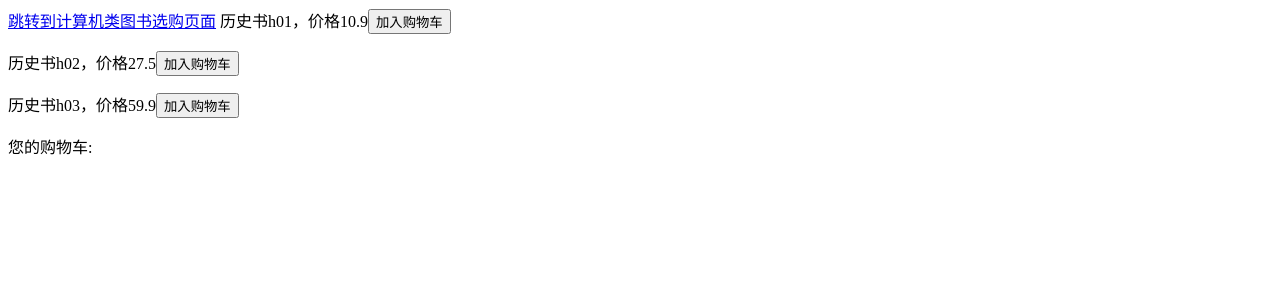
Repository: Matty-GCU/MyEclipse
Page: http://localhost/Java_Web_Learning/chapter08_JSP_built_in_Object_2/homework/8.99.1hw1_book_history.jsp
These files come from the project's save history. The page is drawn as it stood at one moment and after the next save; the edit follows.
The browser window is 1280 px wide. The pictures show the whole page.
The page is served by Tomcat 9.

Above is the page before, as saved 2021-10-27 16:42:26.

After the next save:
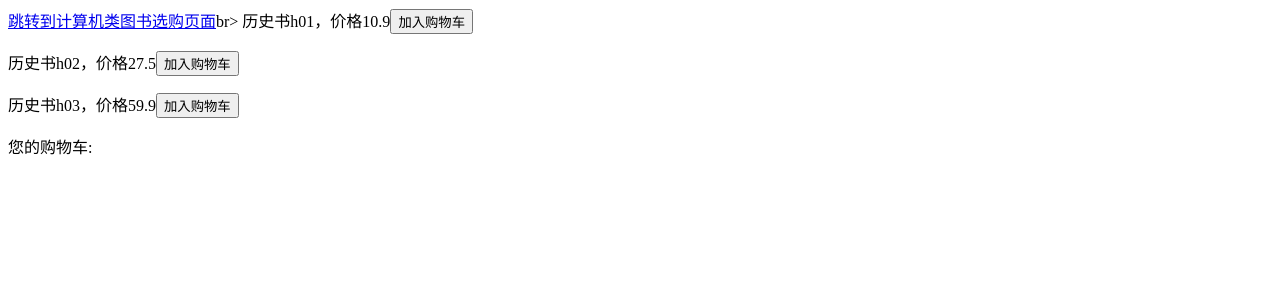
Saved 3 s later.
--- a/Java_Web_Learning/WebRoot/chapter08_JSP_built_in_Object_2/homework/8.99.1hw1_book_history.jsp
+++ b/Java_Web_Learning/WebRoot/chapter08_JSP_built_in_Object_2/homework/8.99.1hw1_book_history.jsp
@@ -22,7 +22,7 @@
 				books.add(book_id);
 			}
 		%>
-		<a href="8.99.1hw1_book_CS.jsp">跳转到计算机类图书选购页面</a>
+		<a href="8.99.1hw1_book_CS.jsp">跳转到计算机类图书选购页面</a>br>
 		历史书h01，价格10.9<form action="#" method="post"><input name="book_id" type="hidden" value="h01"><input type="submit" value="加入购物车"></form><br>
 		历史书h02，价格27.5<form action="#" method="post"><input name="book_id" type="hidden" value="h02"><input type="submit" value="加入购物车"></form><br>
 		历史书h03，价格59.9<form action="#" method="post"><input name="book_id" type="hidden" value="h03"><input type="submit" value="加入购物车"></form><br>
